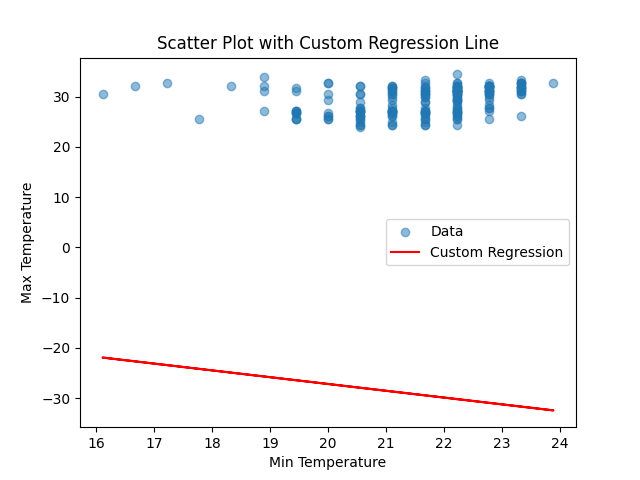
Repository: Lakshyyaa/tryingoutml
Script's output: python newlol.py
An editor plug-in stored every save of this project. The script's output is shown before and after a run of saves, followed by the edit.
Random numbers start from a fixed seed.

Above is the script's output before, as saved 2023-08-27 19:18:05.

### newlol.py
# import pandas as pd
# import numpy as np
# import matplotlib.pyplot as plt
# from sklearn.linear_model import LinearRegression
# df=pd.read_csv('Weather.csv')

# # Predicting the max temp using the minimum temp
# # Max Temperature is the Response variable
# # Min Temperature is the Predictor variable

# X = df[['MinTemp']]
# Y = df[['MaxTemp']]
# model = LinearRegression()
# model.fit(X, Y)

# # Showing a scatter plot with the regression line
# plt.scatter(X, Y, alpha=0.5, label='Data')
# plt.plot(X, model.predict(X), color='red', label='Linear Regression')
# plt.title('Scatter Plot with Linear Regression Line')
# plt.xlabel('Min Temperature')
# plt.ylabel('Max Temperature')
# plt.legend()
# plt.show()

# # Printing the parameters of the regression line
# slope = model.coef_[0]
# intercept = model.intercept_
# print("Slope:", slope)
# print("Intercept:", intercept)

import pandas as pd
import numpy as np
import matplotlib.pyplot as plt

# Read the CSV file
df = pd.read_csv('Weather.csv')

# Define your custom cost function
def custom_cost_function(y_actual, y_predicted):
    return np.mean((y_actual + y_predicted)**2)

# Define gradient descent optimizer
def gradient_descent(X, y_actual, learning_rate, num_iterations):
    n = len(y_actual)
    theta = np.zeros((2, 1))  # Initialize parameters (slope and intercept)

    for _ in range(num_iterations):
        y_predicted = np.dot(X, theta)
        gradient = np.dot(X.T, (y_predicted + y_actual)) / n
        theta -= learning_rate * gradient

    return theta

# Prepare the data
X = df[['MinTemp']].values
Y = df[['MaxTemp']].values

# Add a column of ones to X for intercept term
X = np.c_[np.ones((X.shape[0], 1)), X]

# Use gradient descent to optimize parameters
learning_rate = 0.001
num_iterations = 1000
optimized_params = gradient_descent(X, Y, learning_rate, num_iterations)

# Extract slope and intercept from optimized parameters
intercept = optimized_params[0][0]
slope = optimized_params[1][0]

# Plot the scatter plot with the regression line
plt.scatter(X[:, 1], Y, alpha=0.5, label='Data')
plt.plot(X[:, 1], X.dot(optimized_params), color='red', label='Custom Regression')
plt.title('Scatter Plot with Custom Regression Line')
plt.xlabel('Min Temperature')
plt.ylabel('Max Temperature')
plt.legend()
plt.show()

# Print the parameters of the custom regression line
print("Slope:", slope)
print("Intercept:", intercept)

### Weather.csv
STA,Date,Precip,WindGustSpd,MaxTemp,MinTemp,MeanTemp,Snowfall,PoorWeather,YR,MO,DA,PRCP,DR,SPD,MAX,MIN,MEA,SNF,SND,FT,FB,FTI,ITH,PGT,TSHDSBRSGF,SD3,RHX,RHN,RVG,WTE
10001,1942-7-1,1.016,,25.55555556,22.22222222,23.88888889,0.0,,42,7,1,0.04,,,78.0,72.0,75.0,0.0,,,,,,,,,,,,
10001,1942-7-2,0,,28.88888889,21.66666667,25.55555556,0.0,,42,7,2,0,,,84.0,71.0,78.0,0.0,,,,,,,,,,,,
10001,1942-7-3,2.54,,26.11111111,22.22222222,24.44444444,0.0,,42,7,3,0.1,,,79.0,72.0,76.0,0.0,,,,,,,,,,,,
10001,1942-7-4,2.54,,26.66666667,22.22222222,24.44444444,0.0,,42,7,4,0.1,,,80.0,72.0,76.0,0.0,,,,,,,,,,,,
10001,1942-7-5,0,,26.66666667,21.66666667,24.44444444,0.0,,42,7,5,0,,,80.0,71.0,76.0,0.0,,,,,,,,,,,,
10001,1942-7-6,0,,26.66666667,21.66666667,24.44444444,0.0,,42,7,6,0,,,80.0,71.0,76.0,0.0,,,,,,,,,,,,
10001,1942-7-7,T,,28.33333333,22.77777778,25.55555556,0.0,,42,7,7,T,,,83.0,73.0,78.0,0.0,,,,,,,,,,,,
10001,1942-7-8,3.556,,26.66666667,22.22222222,24.44444444,0.0,,42,7,8,0.14,,,80.0,72.0,76.0,0.0,,,,,,,,,,,,
10001,1942-7-9,T,,27.22222222,22.77777778,25.0,0.0,,42,7,9,T,,,81.0,73.0,77.0,0.0,,,,,,,,,,,,
10001,1942-7-10,3.556,,25.55555556,21.66666667,23.33333333,0.0,,42,7,10,0.14,,,78.0,71.0,74.0,0.0,,,,,,,,,,,,
10001,1942-7-11,0,,25.55555556,21.66666667,23.33333333,0.0,,42,7,11,0,,,78.0,71.0,74.0,0.0,,,,,,,,,,,,
10001,1942-7-12,0.508,,24.44444444,22.22222222,23.33333333,0.0,,42,7,12,0.02,,,76.0,72.0,74.0,0.0,,,,,,,,,,,,
10001,1942-7-13,0,,26.11111111,21.66666667,23.88888889,0.0,,42,7,13,0,,,79.0,71.0,75.0,0.0,,,,,,,,,,,,
10001,1942-7-14,0,,26.11111111,22.22222222,24.44444444,0.0,,42,7,14,0,,,79.0,72.0,76.0,0.0,,,,,,,,,,,,
10001,1942-7-15,0,,25.55555556,22.77777778,24.44444444,0.0,,42,7,15,0,,,78.0,73.0,76.0,0.0,,,,,,,,,,,,
10001,1942-7-16,T,,26.11111111,21.11111111,23.33333333,0.0,,42,7,16,T,,,79.0,70.0,74.0,0.0,,,,,,,,,,,,
10001,1942-7-17,T,,28.33333333,22.22222222,25.55555556,0.0,,42,7,17,T,,,83.0,72.0,78.0,0.0,,,,,,,,,,,,
10001,1942-7-18,T,,26.66666667,21.11111111,23.88888889,0.0,,42,7,18,T,,,80.0,70.0,75.0,0.0,,,,,,,,,,,,
10001,1942-7-19,0,,27.77777778,21.66666667,24.44444444,0.0,,42,7,19,0,,,82.0,71.0,76.0,0.0,,,,,,,,,,,,
10001,1942-7-20,0,,26.11111111,20.0,23.33333333,0.0,,42,7,20,0,,,79.0,68.0,74.0,0.0,,,,,,,,,,,,
10001,1942-7-21,T,,24.44444444,21.66666667,23.33333333,0.0,,42,7,21,T,,,76.0,71.0,74.0,0.0,,,,,,,,,,,,
10001,1942-7-22,T,,24.44444444,21.11111111,22.77777778,0.0,,42,7,22,T,,,76.0,70.0,73.0,0.0,,,,,,,,,,,,
10001,1942-7-23,0,,26.66666667,20.55555556,23.33333333,0.0,,42,7,23,0,,,80.0,69.0,74.0,0.0,,,,,,,,,,,,
10001,1942-7-24,0,,27.22222222,18.88888889,23.33333333,0.0,,42,7,24,0,,,81.0,66.0,74.0,0.0,,,,,,,,,,,,
10001,1942-7-25,0,,27.22222222,19.44444444,23.33333333,0.0,,42,7,25,0,,,81.0,67.0,74.0,0.0,,,,,,,,,,,,
10001,1942-7-26,0,,25.55555556,19.44444444,22.22222222,0.0,,42,7,26,0,,,78.0,67.0,72.0,0.0,,,,,,,,,,,,
10001,1942-7-27,0,,25.55555556,19.44444444,22.77777778,0.0,,42,7,27,0,,,78.0,67.0,73.0,0.0,,,,,,,,,,,,
10001,1942-7-28,0,,26.66666667,19.44444444,23.33333333,0.0,,42,7,28,0,,,80.0,67.0,74.0,0.0,,,,,,,,,,,,
10001,1942-7-29,0,,26.66666667,19.44444444,23.33333333,0.0,,42,7,29,0,,,80.0,67.0,74.0,0.0,,,,,,,,,,,,
10001,1942-7-30,0,,27.22222222,19.44444444,23.33333333,0.0,,42,7,30,0,,,81.0,67.0,74.0,0.0,,,,,,,,,,,,
10001,1942-7-31,0,,27.22222222,19.44444444,23.33333333,0.0,,42,7,31,0,,,81.0,67.0,74.0,0.0,,,,,,,,,,,,
10001,1942-8-1,0,,26.11111111,20.0,23.33333333,0.0,,42,8,1,0,,,79.0,68.0,74.0,0.0,,,,,,,,,,,,
10001,1942-8-2,0,,24.44444444,20.55555556,22.22222222,0.0,,42,8,2,0,,,76.0,69.0,72.0,0.0,,,,,,,,,,,,
10001,1942-8-3,0,,24.44444444,20.55555556,22.22222222,0.0,,42,8,3,0,,,76.0,69.0,72.0,0.0,,,,,,,,,,,,
10001,1942-8-4,0,,26.66666667,21.11111111,23.88888889,0.0,,42,8,4,0,,,80.0,70.0,75.0,0.0,,,,,,,,,,,,
10001,1942-8-5,T,,26.66666667,21.11111111,23.88888889,0.0,,42,8,5,T,,,80.0,70.0,75.0,0.0,,,,,,,,,,,,
10001,1942-8-6,0,,24.44444444,21.66666667,23.33333333,0.0,,42,8,6,0,,,76.0,71.0,74.0,0.0,,,,,,,,,,,,
10001,1942-8-7,T,,24.44444444,21.11111111,22.77777778,0.0,,42,8,7,T,,,76.0,70.0,73.0,0.0,,,,,,,,,,,,
10001,1942-8-8,0,,26.11111111,20.55555556,23.33333333,0.0,,42,8,8,0,,,79.0,69.0,74.0,0.0,,,,,,,,,,,,
10001,1942-8-9,0,,26.11111111,20.55555556,23.33333333,0.0,,42,8,9,0,,,79.0,69.0,74.0,0.0,,,,,,,,,,,,
10001,1942-8-10,0,,27.22222222,21.66666667,24.44444444,0.0,,42,8,10,0,,,81.0,71.0,76.0,0.0,,,,,,,,,,,,
10001,1942-8-11,0,,25.0,21.66666667,23.33333333,0.0,,42,8,11,0,,,77.0,71.0,74.0,0.0,,,,,,,,,,,,
10001,1942-8-12,0,,25.55555556,20.55555556,23.33333333,0.0,,42,8,12,0,,,78.0,69.0,74.0,0.0,,,,,,,,,,,,
10001,1942-8-13,0,,25.55555556,20.55555556,23.33333333,0.0,,42,8,13,0,,,78.0,69.0,74.0,0.0,,,,,,,,,,,,
10001,1942-8-14,T,,25.55555556,20.0,22.77777778,0.0,,42,8,14,T,,,78.0,68.0,73.0,0.0,,,,,,,,,,,,
10001,1942-8-15,0.254,,25.55555556,17.77777778,21.66666667,0.0,,42,8,15,0.01,,,78.0,64.0,71.0,0.0,,,,,,,,,,,,
10001,1942-8-16,0,,25.55555556,19.44444444,22.22222222,0.0,,42,8,16,0,,,78.0,67.0,72.0,0.0,,,,,,,,,,,,
10001,1942-8-17,T,,25.55555556,20.0,22.77777778,0.0,,42,8,17,T,,,78.0,68.0,73.0,0.0,,,,,,,,,,,,
10001,1942-8-18,T,,26.11111111,20.55555556,23.33333333,0.0,,42,8,18,T,,,79.0,69.0,74.0,0.0,,,,,,,,,,,,
10001,1942-8-19,0,,27.77777778,20.55555556,24.44444444,0.0,,42,8,19,0,,,82.0,69.0,76.0,0.0,,,,,,,,,,,,
10001,1942-8-20,0.508,,23.88888889,20.55555556,22.22222222,0.0,,42,8,20,0.02,,,75.0,69.0,72.0,0.0,,,,,,,,,,,,
10001,1942-8-21,0.254,,32.77777778,20.0,23.33333333,0.0,,42,8,21,0.01,,,91.0,68.0,74.0,0.0,,,,,,,,,,,,
10001,1942-8-22,0,,27.22222222,20.55555556,23.33333333,0.0,,42,8,22,0,,,81.0,69.0,74.0,0.0,,,,,,,,,,,,
10001,1942-8-23,0,,25.0,20.55555556,22.77777778,0.0,,42,8,23,0,,,77.0,69.0,73.0,0.0,,,,,,,,,,,,
10001,1942-8-24,0,,27.77777778,20.55555556,24.44444444,0.0,,42,8,24,0,,,82.0,69.0,76.0,0.0,,,,,,,,,,,,
10001,1942-8-25,0,,26.66666667,20.0,23.33333333,0.0,,42,8,25,0,,,80.0,68.0,74.0,0.0,,,,,,,,,,,,
10001,1942-8-26,0,,27.22222222,20.55555556,23.88888889,0.0,,42,8,26,0,,,81.0,69.0,75.0,0.0,,,,,,,,,,,,
10001,1942-8-27,0,,27.22222222,20.55555556,23.88888889,0.0,,42,8,27,0,,,81.0,69.0,75.0,0.0,,,,,,,,,,,,
10001,1942-8-28,T,,27.22222222,20.55555556,23.88888889,0.0,,42,8,28,T,,,81.0,69.0,75.0,0.0,,,,,,,,,,,,
10001,1942-8-29,T,,25.0,21.11111111,23.33333333,0.0,,42,8,29,T,,,77.0,70.0,74.0,0.0,,,,,,,,,,,,
10001,1942-8-30,0,,27.22222222,20.55555556,23.88888889,0.0,,42,8,30,0,,,81.0,69.0,75.0,0.0,,,,,,,,,,,,
10001,1942-8-31,0,,27.22222222,21.11111111,23.88888889,0.0,,42,8,31,0,,,81.0,70.0,75.0,0.0,,,,,,,,,,,,
10001,1942-9-1,0.254,,27.22222222,21.11111111,24.44444444,0.0,,42,9,1,0.01,,,81.0,70.0,76.0,0.0,,,,,,,,,,,,
10001,1942-9-2,0.254,,27.22222222,22.22222222,25.0,0.0,,42,9,2,0.01,,,81.0,72.0,77.0,0.0,,,,,,,,,,,,
10001,1942-9-3,1.778,,27.22222222,21.11111111,24.44444444,0.0,,42,9,3,0.07,,,81.0,70.0,76.0,0.0,,,,,,,,,,,,
10001,1942-9-4,0,,27.22222222,21.11111111,24.44444444,0.0,,42,9,4,0,,,81.0,70.0,76.0,0.0,,,,,,,,,,,,
10001,1942-9-5,T,,27.22222222,22.22222222,24.44444444,0.0,,42,9,5,T,,,81.0,72.0,76.0,0.0,,,,,,,,,,,,
10001,1942-9-6,0,,26.66666667,22.22222222,24.44444444,0.0,,42,9,6,0,,,80.0,72.0,76.0,0.0,,,,,,,,,,,,
10001,1942-9-7,0.254,,26.66666667,21.66666667,24.44444444,0.0,,42,9,7,0.01,,,80.0,71.0,76.0,0.0,,,,,,,,,,,,
10001,1942-9-8,0,,27.22222222,21.11111111,24.44444444,0.0,,42,9,8,0,,,81.0,70.0,76.0,0.0,,,,,,,,,,,,
10001,1942-9-9,T,,26.66666667,21.66666667,24.44444444,0.0,,42,9,9,T,,,80.0,71.0,76.0,0.0,,,,,,,,,,,,
10001,1942-9-10,0,,28.33333333,21.11111111,24.44444444,0.0,,42,9,10,0,,,83.0,70.0,76.0,0.0,,,,,,,,,,,,
10001,1942-9-11,0,,26.11111111,21.11111111,23.33333333,0.0,,42,9,11,0,,,79.0,70.0,74.0,0.0,,,,,,,,,,,,
10001,1942-9-12,T,,27.22222222,21.66666667,24.44444444,0.0,,42,9,12,T,,,81.0,71.0,76.0,0.0,,,,,,,,,,,,
10001,1942-9-13,T,,27.22222222,21.66666667,24.44444444,0.0,,42,9,13,T,,,81.0,71.0,76.0,0.0,,,,,,,,,,,,
10001,1942-9-14,1.016,,27.77777778,22.77777778,25.55555556,0.0,,42,9,14,0.04,,,82.0,73.0,78.0,0.0,,,,,,,,,,,,
10001,1942-9-15,0,,27.77777778,22.77777778,25.55555556,0.0,,42,9,15,0,,,82.0,73.0,78.0,0.0,,,,,,,,,,,,
10001,1942-9-16,0,,30.0,21.66666667,25.55555556,0.0,,42,9,16,0,,,86.0,71.0,78.0,0.0,,,,,,,,,,,,
10001,1942-9-17,0,,27.77777778,22.22222222,25.0,0.0,,42,9,17,0,,,82.0,72.0,77.0,0.0,,,,,,,,,,,,
10001,1942-9-18,0,,31.11111111,21.11111111,26.11111111,0.0,,42,9,18,0,,,88.0,70.0,79.0,0.0,,,,,,,,,,,,
10001,1942-9-19,0,,34.44444444,22.22222222,28.33333333,0.0,,42,9,19,0,,,94.0,72.0,83.0,0.0,,,,,,,,,,,,
10001,1942-9-20,T,,30.55555556,21.66666667,26.11111111,0.0,,42,9,20,T,,,87.0,71.0,79.0,0.0,,,,,,,,,,,,
10001,1942-9-21,T,,29.44444444,22.22222222,26.11111111,0.0,,42,9,21,T,,,85.0,72.0,79.0,0.0,,,,,,,,,,,,
10001,1942-9-22,T,,30.55555556,22.22222222,26.66666667,0.0,,42,9,22,T,,,87.0,72.0,80.0,0.0,,,,,,,,,,,,
10001,1942-9-23,0.254,,26.11111111,23.33333333,25.0,0.0,,42,9,23,0.01,,,79.0,74.0,77.0,0.0,,,,,,,,,,,,
10001,1942-9-24,0,,25.55555556,22.22222222,23.88888889,0.0,,42,9,24,0,,,78.0,72.0,75.0,0.0,,,,,,,,,,,,
10001,1942-9-25,T,,30.55555556,21.66666667,26.11111111,0.0,,42,9,25,T,,,87.0,71.0,79.0,0.0,,,,,,,,,,,,
10001,1942-9-26,0,,31.66666667,22.22222222,27.22222222,0.0,,42,9,26,0,,,89.0,72.0,81.0,0.0,,,,,,,,,,,,
10001,1942-9-27,T,,31.66666667,21.11111111,26.66666667,0.0,,42,9,27,T,,,89.0,70.0,80.0,0.0,,,,,,,,,,,,
10001,1942-9-28,3.302,,32.22222222,20.55555556,26.11111111,0.0,,42,9,28,0.13,,,90.0,69.0,79.0,0.0,,,,,,,,,,,,
10001,1942-9-29,0.762,,27.77777778,22.22222222,25.0,0.0,,42,9,29,0.03,,,82.0,72.0,77.0,0.0,,,,,,,,,,,,
10001,1942-9-30,0,,29.44444444,22.22222222,26.11111111,0.0,,42,9,30,0,,,85.0,72.0,79.0,0.0,,,,,,,,,,,,
10001,1942-10-1,T,,31.11111111,23.33333333,27.22222222,0.0,,42,10,1,T,,,88.0,74.0,81.0,0.0,,,,,,,,,,,,
10001,1942-10-2,0,,31.11111111,22.77777778,27.22222222,0.0,,42,10,2,0,,,88.0,73.0,81.0,0.0,,,,,,,,,,,,
10001,1942-10-3,0,,31.11111111,22.22222222,26.66666667,0.0,,42,10,3,0,,,88.0,72.0,80.0,0.0,,,,,,,,,,,,
10001,1942-10-4,5.588,,27.22222222,21.11111111,23.88888889,0.0,,42,10,4,0.22,,,81.0,70.0,75.0,0.0,,,,,,,,,,,,
10001,1942-10-5,0,,31.11111111,22.22222222,26.66666667,0.0,,42,10,5,0,,,88.0,72.0,80.0,0.0,,,,,,,,,,,,
10001,1942-10-6,0.254,,29.44444444,22.22222222,25.55555556,0.0,,42,10,6,0.01,,,85.0,72.0,78.0,0.0,,,,,,,,,,,,
10001,1942-10-7,5.08,,29.44444444,22.77777778,26.11111111,0.0,,42,10,7,0.2,,,85.0,73.0,79.0,0.0,,,,,,,,,,,,
10001,1942-10-8,2.032,,28.88888889,20.55555556,25.0,0.0,,42,10,8,0.08,,,84.0,69.0,77.0,0.0,,,,,,,,,,,,
10001,1942-10-9,0,,31.11111111,22.22222222,26.66666667,0.0,,42,10,9,0,,,88.0,72.0,80.0,0.0,,,,,,,,,,,,
10001,1942-10-10,T,,30.55555556,22.22222222,26.66666667,0.0,,42,10,10,T,,,87.0,72.0,80.0,0.0,,,,,,,,,,,,
10001,1942-10-11,T,,27.77777778,21.11111111,24.44444444,0.0,,42,10,11,T,,,82.0,70.0,76.0,0.0,,,,,,,,,,,,
10001,1942-10-12,0,,30.55555556,21.11111111,25.55555556,0.0,,42,10,12,0,,,87.0,70.0,78.0,0.0,,,,,,,,,,,,
10001,1942-10-13,T,,30.0,22.77777778,26.11111111,0.0,,42,10,13,T,,,86.0,73.0,79.0,0.0,,,,,,,,,,,,
10001,1942-10-14,25.654,,27.22222222,22.22222222,24.44444444,0.0,,42,10,14,1.01,,,81.0,72.0,76.0,0.0,,,,,,,,,,,,
10001,1942-10-15,T,,30.55555556,21.11111111,25.55555556,0.0,,42,10,15,T,,,87.0,70.0,78.0,0.0,,,,,,,,,,,,
10001,1942-10-16,T,,30.55555556,22.22222222,26.11111111,0.0,,42,10,16,T,,,87.0,72.0,79.0,0.0,,,,,,,,,,,,
10001,1942-10-17,40.132,,28.88888889,21.66666667,25.55555556,0.0,,42,10,17,1.58,,,84.0,71.0,78.0,0.0,,,,,,,,,,,,
10001,1942-10-18,T,,30.0,22.22222222,26.11111111,0.0,,42,10,18,T,,,86.0,72.0,79.0,0.0,,,,,,,,,,,,
10001,1942-10-19,0.762,,30.0,21.66666667,26.11111111,0.0,,42,10,19,0.03,,,86.0,71.0,79.0,0.0,,,,,,,,,,,,
10001,1942-10-20,T,,29.44444444,22.22222222,26.11111111,0.0,,42,10,20,T,,,85.0,72.0,79.0,0.0,,,,,,,,,,,,
10001,1942-10-21,2.032,,28.88888889,22.22222222,25.55555556,0.0,,42,10,21,0.08,,,84.0,72.0,78.0,0.0,,,,,,,,,,,,
10001,1942-10-22,0,,30.0,22.22222222,25.55555556,0.0,,42,10,22,0,,,86.0,72.0,78.0,0.0,,,,,,,,,,,,
10001,1942-10-23,0,,30.55555556,22.77777778,26.66666667,0.0,,42,10,23,0,,,87.0,73.0,80.0,0.0,,,,,,,,,,,,
10001,1942-10-24,T,,30.55555556,22.22222222,26.11111111,0.0,,42,10,24,T,,,87.0,72.0,79.0,0.0,,,,,,,,,,,,
10001,1942-10-25,0,,31.11111111,22.22222222,26.66666667,0.0,,42,10,25,0,,,88.0,72.0,80.0,0.0,,,,,,,,,,,,
10001,1942-10-26,0,,31.11111111,22.22222222,26.66666667,0.0,,42,10,26,0,,,88.0,72.0,80.0,0.0,,,,,,,,,,,,
10001,1942-10-27,0,,31.66666667,22.77777778,27.22222222,0.0,,42,10,27,0,,,89.0,73.0,81.0,0.0,,,,,,,,,,,,
10001,1942-10-28,0,,31.11111111,22.22222222,26.66666667,0.0,,42,10,28,0,,,88.0,72.0,80.0,0.0,,,,,,,,,,,,
10001,1942-10-29,0,,32.22222222,21.11111111,26.66666667,0.0,,42,10,29,0,,,90.0,70.0,80.0,0.0,,,,,,,,,,,,
10001,1942-10-30,0.508,,31.66666667,21.66666667,26.66666667,0.0,,42,10,30,0.02,,,89.0,71.0,80.0,0.0,,,,,,,,,,,,
10001,1942-10-31,T,,30.55555556,20.55555556,25.55555556,0.0,1.0,42,10,31,T,,,87.0,69.0,78.0,0.0,,,,,,,1.0,,,,,
10001,1942-11-1,0,,31.11111111,23.33333333,27.22222222,0.0,,42,11,1,0,,,88.0,74.0,81.0,0.0,,,,,,,,,,,,
10001,1942-11-2,0,,31.66666667,22.22222222,26.66666667,0.0,,42,11,2,0,,,89.0,72.0,80.0,0.0,,,,,,,,,,,,
10001,1942-11-3,0,,31.11111111,22.22222222,26.66666667,0.0,,42,11,3,0,,,88.0,72.0,80.0,0.0,,,,,,,,,,,,
10001,1942-11-4,T,,30.55555556,22.77777778,26.66666667,0.0,,42,11,4,T,,,87.0,73.0,80.0,0.0,,,,,,,,,,,,
10001,1942-11-5,0,,31.66666667,22.22222222,26.66666667,0.0,,42,11,5,0,,,89.0,72.0,80.0,0.0,,,,,,,,,,,,
10001,1942-11-6,0,,32.77777778,22.22222222,27.77777778,0.0,,42,11,6,0,,,91.0,72.0,82.0,0.0,,,,,,,,,,,,
10001,1942-11-7,0,,31.66666667,23.33333333,27.77777778,0.0,,42,11,7,0,,,89.0,74.0,82.0,0.0,,,,,,,,,,,,
10001,1942-11-8,0,,31.11111111,22.77777778,26.66666667,0.0,,42,11,8,0,,,88.0,73.0,80.0,0.0,,,,,,,,,,,,
10001,1942-11-9,0,,31.66666667,22.77777778,27.22222222,0.0,,42,11,9,0,,,89.0,73.0,81.0,0.0,,,,,,,,,,,,
10001,1942-11-10,0,,32.77777778,22.77777778,27.77777778,0.0,,42,11,10,0,,,91.0,73.0,82.0,0.0,,,,,,,,,,,,
10001,1942-11-11,0,,32.22222222,23.33333333,27.77777778,0.0,,42,11,11,0,,,90.0,74.0,82.0,0.0,,,,,,,,,,,,
10001,1942-11-12,0,,32.22222222,22.77777778,27.77777778,0.0,,42,11,12,0,,,90.0,73.0,82.0,0.0,,,,,,,,,,,,
10001,1942-11-13,0,,32.22222222,22.77777778,27.77777778,0.0,,42,11,13,0,,,90.0,73.0,82.0,0.0,,,,,,,,,,,,
10001,1942-11-14,0,,32.22222222,22.77777778,27.77777778,0.0,,42,11,14,0,,,90.0,73.0,82.0,0.0,,,,,,,,,,,,
10001,1942-11-15,0,,32.22222222,22.77777778,27.77777778,0.0,,42,11,15,0,,,90.0,73.0,82.0,0.0,,,,,,,,,,,,
10001,1942-11-16,T,,32.22222222,22.77777778,27.77777778,0.0,,42,11,16,T,,,90.0,73.0,82.0,0.0,,,,,,,,,,,,
10001,1942-11-17,0,,32.77777778,23.33333333,27.77777778,0.0,,42,11,17,0,,,91.0,74.0,82.0,0.0,,,,,,,,,,,,
10001,1942-11-18,0,,31.66666667,23.33333333,27.77777778,0.0,,42,11,18,0,,,89.0,74.0,82.0,0.0,,,,,,,,,,,,
10001,1942-11-19,0,,31.66666667,22.77777778,27.22222222,0.0,,42,11,19,0,,,89.0,73.0,81.0,0.0,,,,,,,,,,,,
10001,1942-11-20,0,,31.66666667,23.33333333,27.77777778,0.0,,42,11,20,0,,,89.0,74.0,82.0,0.0,,,,,,,,,,,,
10001,1942-11-21,T,,32.22222222,22.77777778,27.77777778,0.0,,42,11,21,T,,,90.0,73.0,82.0,0.0,,,,,,,,,,,,
10001,1942-11-22,0,,31.66666667,21.11111111,26.66666667,0.0,,42,11,22,0,,,89.0,70.0,80.0,0.0,,,,,,,,,,,,
10001,1942-11-23,0,,32.77777778,23.33333333,27.77777778,0.0,,42,11,23,0,,,91.0,74.0,82.0,0.0,,,,,,,,,,,,
10001,1942-11-24,0,,32.22222222,23.33333333,27.77777778,0.0,,42,11,24,0,,,90.0,74.0,82.0,0.0,,,,,,,,,,,,
10001,1942-11-25,0,,33.33333333,23.33333333,28.33333333,0.0,,42,11,25,0,,,92.0,74.0,83.0,0.0,,,,,,,,,,,,
10001,1942-11-26,0,,32.22222222,22.22222222,27.22222222,0.0,,42,11,26,0,,,90.0,72.0,81.0,0.0,,,,,,,,,,,,
10001,1942-11-27,19.05,,32.77777778,21.66666667,27.22222222,0.0,,42,11,27,0.75,,,91.0,71.0,81.0,0.0,,,,,,,,,,,,
10001,1942-11-28,0,,31.11111111,21.66666667,26.66666667,0.0,,42,11,28,0,,,88.0,71.0,80.0,0.0,,,,,,,,,,,,
10001,1942-11-29,0,,32.22222222,22.77777778,27.77777778,0.0,,42,11,29,0,,,90.0,73.0,82.0,0.0,,,,,,,,,,,,
10001,1942-11-30,T,,32.77777778,23.33333333,27.77777778,0.0,,42,11,30,T,,,91.0,74.0,82.0,0.0,,,,,,,,,,,,
10001,1942-12-1,0,,32.22222222,22.22222222,27.22222222,0.0,,42,12,1,0,,,90.0,72.0,81.0,0.0,,,,,,,,,,,,
10001,1942-12-2,0,,32.77777778,23.33333333,27.77777778,0.0,,42,12,2,0,,,91.0,74.0,82.0,0.0,,,,,,,,,,,,
10001,1942-12-3,23.876,,31.66666667,19.44444444,25.55555556,0.0,,42,12,3,0.94,,,89.0,67.0,78.0,0.0,,,,,,,,,,,,
10001,1942-12-4,0,,31.11111111,22.22222222,26.66666667,0.0,,42,12,4,0,,,88.0,72.0,80.0,0.0,,,,,,,,,,,,
10001,1942-12-5,0,,31.66666667,22.22222222,26.66666667,0.0,,42,12,5,0,,,89.0,72.0,80.0,0.0,,,,,,,,,,,,
10001,1942-12-6,0,,31.66666667,22.22222222,26.66666667,0.0,,42,12,6,0,,,89.0,72.0,80.0,0.0,,,,,,,,,,,,
10001,1942-12-7,0,,31.11111111,21.66666667,26.66666667,0.0,,42,12,7,0,,,88.0,71.0,80.0,0.0,,,,,,,,,,,,
10001,1942-12-8,0,,32.22222222,22.22222222,27.22222222,0.0,,42,12,8,0,,,90.0,72.0,81.0,0.0,,,,,,,,,,,,
10001,1942-12-9,0,,32.77777778,23.88888889,28.33333333,0.0,,42,12,9,0,,,91.0,75.0,83.0,0.0,,,,,,,,,,,,
10001,1942-12-10,4.064,,32.77777778,20.0,26.66666667,0.0,,42,12,10,0.16,,,91.0,68.0,80.0,0.0,,,,,,,,,,,,
10001,1942-12-11,0,,29.44444444,20.0,24.44444444,0.0,,42,12,11,0,,,85.0,68.0,76.0,0.0,,,,,,,,,,,,
10001,1942-12-12,0,,26.66666667,19.44444444,23.33333333,0.0,,42,12,12,0,,,80.0,67.0,74.0,0.0,,,,,,,,,,,,
10001,1942-12-13,0,,30.55555556,20.55555556,25.55555556,0.0,,42,12,13,0,,,87.0,69.0,78.0,0.0,,,,,,,,,,,,
10001,1942-12-14,0,,31.11111111,22.77777778,26.66666667,0.0,,42,12,14,0,,,88.0,73.0,80.0,0.0,,,,,,,,,,,,
10001,1942-12-15,2.54,,31.11111111,22.22222222,26.66666667,0.0,,42,12,15,0.1,,,88.0,72.0,80.0,0.0,,,,,,,,,,,,
10001,1942-12-16,0,,30.55555556,22.22222222,26.66666667,0.0,,42,12,16,0,,,87.0,72.0,80.0,0.0,,,,,,,,,,,,
10001,1942-12-17,0,,31.11111111,22.77777778,26.66666667,0.0,,42,12,17,0,,,88.0,73.0,80.0,0.0,,,,,,,,,,,,
10001,1942-12-18,0,,30.55555556,22.77777778,26.66666667,0.0,,42,12,18,0,,,87.0,73.0,80.0,0.0,,,,,,,,,,,,
10001,1942-12-19,0,,31.11111111,21.66666667,26.66666667,0.0,,42,12,19,0,,,88.0,71.0,80.0,0.0,,,,,,,,,,,,
10001,1942-12-20,0,,31.11111111,22.77777778,26.66666667,0.0,,42,12,20,0,,,88.0,73.0,80.0,0.0,,,,,,,,,,,,
10001,1942-12-21,0.508,,33.88888889,18.88888889,26.66666667,0.0,,42,12,21,0.02,,,93.0,66.0,80.0,0.0,,,,,,,,,,,,
10001,1942-12-22,0,,31.11111111,18.88888889,25.0,0.0,,42,12,22,0,,,88.0,66.0,77.0,0.0,,,,,,,,,,,,
10001,1942-12-23,0,,32.22222222,21.66666667,26.66666667,0.0,,42,12,23,0,,,90.0,71.0,80.0,0.0,,,,,,,,,,,,
10001,1942-12-24,0,,32.22222222,22.22222222,27.22222222,0.0,,42,12,24,0,,,90.0,72.0,81.0,0.0,,,,,,,,,,,,
10001,1942-12-25,0,,32.22222222,18.88888889,25.55555556,0.0,,42,12,25,0,,,90.0,66.0,78.0,0.0,,,,,,,,,,,,
10001,1942-12-26,0,,32.22222222,21.11111111,26.66666667,0.0,,42,12,26,0,,,90.0,70.0,80.0,0.0,,,,,,,,,,,,
10001,1942-12-27,0,,32.77777778,17.22222222,25.0,0.0,,42,12,27,0,,,91.0,63.0,77.0,0.0,,,,,,,,,,,,
10001,1942-12-28,0,,30.55555556,16.11111111,23.33333333,0.0,,42,12,28,0,,,87.0,61.0,74.0,0.0,,,,,,,,,,,,
10001,1942-12-29,0,,32.22222222,16.66666667,24.44444444,0.0,,42,12,29,0,,,90.0,62.0,76.0,0.0,,,,,,,,,,,,
10001,1942-12-30,0,,32.22222222,18.33333333,25.55555556,0.0,,42,12,30,0,,,90.0,65.0,78.0,0.0,,,,,,,,,,,,
10001,1942-12-31,0,,31.11111111,22.22222222,26.66666667,0.0,,42,12,31,0,,,88.0,72.0,80.0,0.0,,,,,,,,,,,,
10001,1943-1-1,0,,31.11111111,21.11111111,26.11111111,0.0,,43,1,1,0,,,88.0,70.0,79.0,0.0,,,,,,,,,,,,
10001,1943-1-2,12.192,,30.55555556,23.33333333,26.66666667,0.0,,43,1,2,0.48,,,87.0,74.0,80.0,0.0,,,,,,,,,,,,
10001,1943-1-3,0,,29.44444444,21.11111111,25.55555556,0.0,,43,1,3,0,,,85.0,70.0,78.0,0.0,,,,,,,,,,,,
10001,1943-1-4,0,,30.0,21.11111111,25.55555556,0.0,,43,1,4,0,,,86.0,70.0,78.0,0.0,,,,,,,,,,,,
10001,1943-1-5,0,,30.55555556,20.0,25.55555556,0.0,,43,1,5,0,,,87.0,68.0,78.0,0.0,,,,,,,,,,,,
10001,1943-1-6,0,,31.66666667,21.11111111,26.66666667,0.0,,43,1,6,0,,,89.0,70.0,80.0,0.0,,,,,,,,,,,,
10001,1943-1-7,0,,32.22222222,20.55555556,26.66666667,0.0,,43,1,7,0,,,90.0,69.0,80.0,0.0,,,,,,,,,,,,
10001,1943-1-8,0,,31.66666667,22.22222222,26.66666667,0.0,,43,1,8,0,,,89.0,72.0,80.0,0.0,,,,,,,,,,,,
10001,1943-1-9,0,,30.55555556,23.33333333,26.66666667,0.0,,43,1,9,0,,,87.0,74.0,80.0,0.0,,,,,,,,,,,,
10001,1943-1-10,0,,33.33333333,21.66666667,27.77777778,0.0,,43,1,10,0,,,92.0,71.0,82.0,0.0,,,,,,,,,,,,
10001,1943-1-11,0,,30.55555556,21.66666667,26.11111111,0.0,,43,1,11,0,,,87.0,71.0,79.0,0.0,,,,,,,,,,,,
10001,1943-1-12,0,,31.11111111,19.44444444,25.55555556,0.0,,43,1,12,0,,,88.0,67.0,78.0,0.0,,,,,,,,,,,,
10001,1943-1-13,0,,31.66666667,21.66666667,26.66666667,0.0,,43,1,13,0,,,89.0,71.0,80.0,0.0,,,,,,,,,,,,
10001,1943-1-14,0,,32.77777778,22.22222222,27.77777778,0.0,,43,1,14,0,,,91.0,72.0,82.0,0.0,,,,,,,,,,,,
10001,1943-1-15,0,,31.11111111,23.33333333,27.22222222,0.0,,43,1,15,0,,,88.0,74.0,81.0,0.0,,,,,,,,,,,,
10001,1943-1-16,0,,31.66666667,23.33333333,27.77777778,0.0,,43,1,16,0,,,89.0,74.0,82.0,0.0,,,,,,,,,,,,
10001,1943-1-17,0,,31.11111111,22.22222222,26.66666667,0.0,,43,1,17,0,,,88.0,72.0,80.0,0.0,,,,,,,,,,,,

After the next 2 saves:
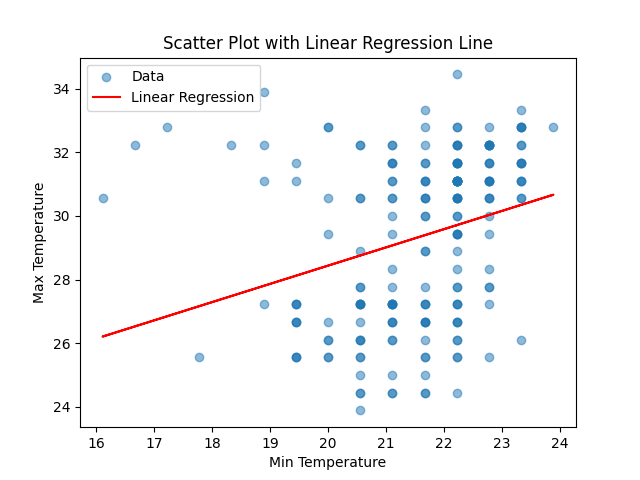
The 2 saves are shown as one change because they came seconds apart.
The last was saved 16 s later.
--- a/newlol.py
+++ b/newlol.py
@@ -1,81 +1,29 @@
-# import pandas as pd
-# import numpy as np
-# import matplotlib.pyplot as plt
-# from sklearn.linear_model import LinearRegression
-# df=pd.read_csv('Weather.csv')
-
-# # Predicting the max temp using the minimum temp
-# # Max Temperature is the Response variable
-# # Min Temperature is the Predictor variable
-
-# X = df[['MinTemp']]
-# Y = df[['MaxTemp']]
-# model = LinearRegression()
-# model.fit(X, Y)
-
-# # Showing a scatter plot with the regression line
-# plt.scatter(X, Y, alpha=0.5, label='Data')
-# plt.plot(X, model.predict(X), color='red', label='Linear Regression')
-# plt.title('Scatter Plot with Linear Regression Line')
-# plt.xlabel('Min Temperature')
-# plt.ylabel('Max Temperature')
-# plt.legend()
-# plt.show()
-
-# # Printing the parameters of the regression line
-# slope = model.coef_[0]
-# intercept = model.intercept_
-# print("Slope:", slope)
-# print("Intercept:", intercept)
-
 import pandas as pd
 import numpy as np
 import matplotlib.pyplot as plt
+from sklearn.linear_model import LinearRegression
+df=pd.read_csv('Weather.csv')
 
-# Read the CSV file
-df = pd.read_csv('Weather.csv')
+# Predicting the max temp using the minimum temp
+# Max Temperature is the Response variable
+# Min Temperature is the Predictor variable
 
-# Define your custom cost function
-def custom_cost_function(y_actual, y_predicted):
-    return np.mean((y_actual + y_predicted)**2)
+X = df[['MinTemp']]
+Y = df[['MaxTemp']]
+model = LinearRegression()
+model.fit(X, Y)
 
-# Define gradient descent optimizer
-def gradient_descent(X, y_actual, learning_rate, num_iterations):
-    n = len(y_actual)
-    theta = np.zeros((2, 1))  # Initialize parameters (slope and intercept)
-
-    for _ in range(num_iterations):
-        y_predicted = np.dot(X, theta)
-        gradient = np.dot(X.T, (y_predicted + y_actual)) / n
-        theta -= learning_rate * gradient
-
-    return theta
-
-# Prepare the data
-X = df[['MinTemp']].values
-Y = df[['MaxTemp']].values
-
-# Add a column of ones to X for intercept term
-X = np.c_[np.ones((X.shape[0], 1)), X]
-
-# Use gradient descent to optimize parameters
-learning_rate = 0.001
-num_iterations = 1000
-optimized_params = gradient_descent(X, Y, learning_rate, num_iterations)
-
-# Extract slope and intercept from optimized parameters
-intercept = optimized_params[0][0]
-slope = optimized_params[1][0]
-
-# Plot the scatter plot with the regression line
-plt.scatter(X[:, 1], Y, alpha=0.5, label='Data')
-plt.plot(X[:, 1], X.dot(optimized_params), color='red', label='Custom Regression')
-plt.title('Scatter Plot with Custom Regression Line')
+# Showing a scatter plot with the regression line
+plt.scatter(X, Y, alpha=0.5, label='Data')
+plt.plot(X, model.predict(X), color='red', label='Linear Regression')
+plt.title('Scatter Plot with Linear Regression Line')
 plt.xlabel('Min Temperature')
 plt.ylabel('Max Temperature')
 plt.legend()
 plt.show()
 
-# Print the parameters of the custom regression line
+# Printing the parameters of the regression line
+slope = model.coef_[0]
+intercept = model.intercept_
 print("Slope:", slope)
 print("Intercept:", intercept)
